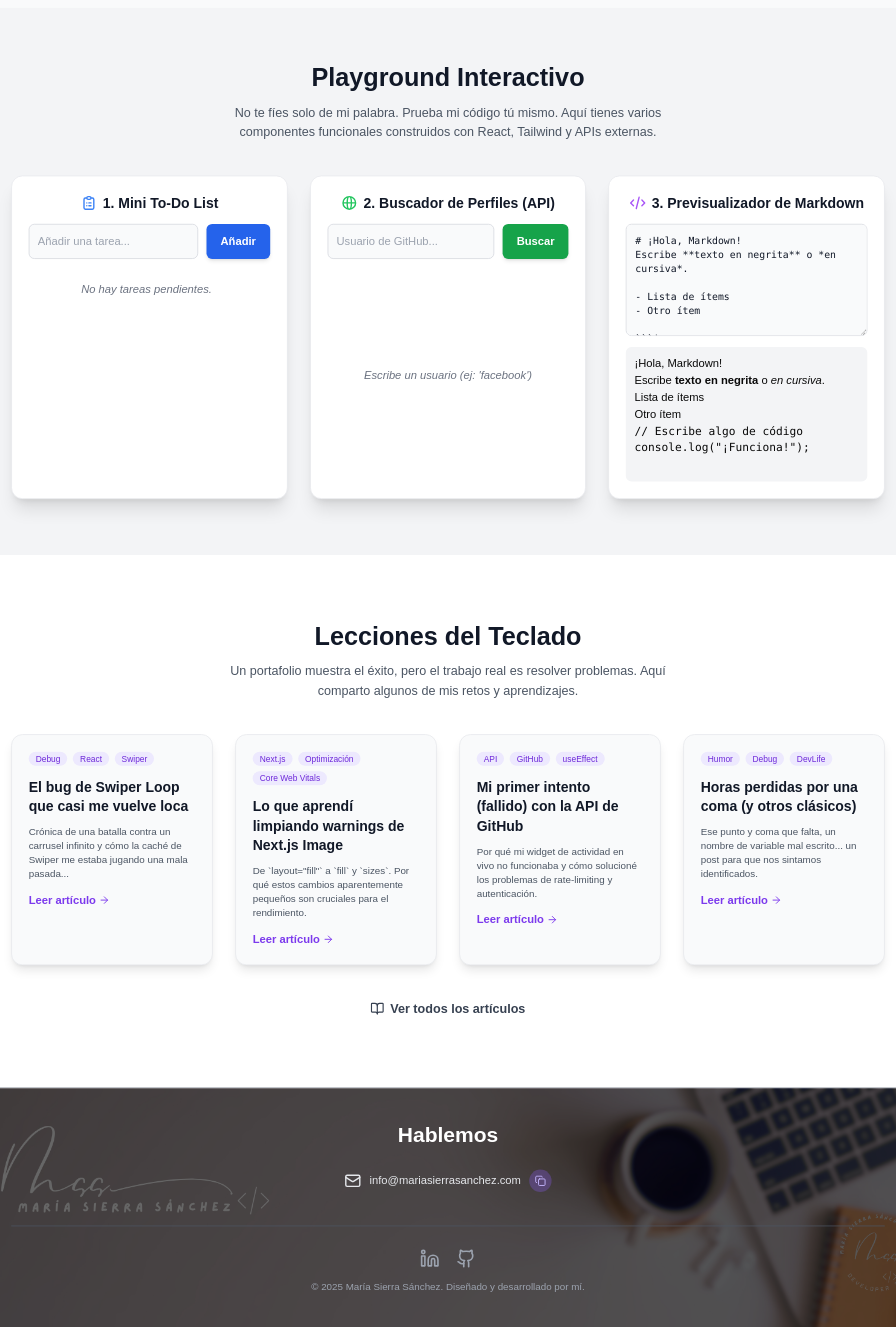
Repository: SierraMa1/SierraMa1.github.io
Page: /
The author's editor kept a copy of each file at every save. The page is drawn from the files as they stood at one save, then again after the next save.
The browser window is 1280 px wide. The pictures show the part of the page from y = 4157 to 6077 px (the page is 6053 px tall before and 6077 px after), at 70% of full size.
The page's requests for data from a server got no answer. The project was rebuilt for these pictures with package versions that can differ from the ones it lists, and the page was loaded fresh each time. The framework's server and built-in components were replaced by stand-ins that run in the browser. No one was signed in, and anything a server would have sent is missing. Also part of the build but not shown: next.config.ts.

Above is the page before, as saved 2025-11-08 13:35:07.

### src/app/layout.tsx

import "./globals.css";
import Header from "@/components/Header";
import Footer from "@/components/Footer";
import { GoogleTagManager } from '@next/third-parties/google';
import Script from 'next/script';
import ChatbotButton from "@/components/ChatbotButton";


export const metadata = {
  title: {
    template: '%s | María Sierra Sánchez',
    default: 'Consultoría Digital y Desarrollo Web a Medida',
  },
  description: 'Transformación digital real para PYMES, desde la estrategia hasta la implementación técnica con React y Node.js.',
};

export default async function RootLayout({ children }: { children: React.ReactNode })  {
  return (
    <html lang="es" className="!scroll-smooth">
      <GoogleTagManager gtmId="GTM-M757BHQP" />
      <body className="flex flex-col min-h-screen bg-white">
        <Header />
        <main className="flex-grow">
          {children}
        </main>
        <Footer />
        <ChatbotButton />
      </body>
    </html>
  );
}

### src/app/page.tsx
import Hero from '@/components/Hero';
import ProjectsSection from '@/components/ProjectsSection';
import AboutSection from '@/components/AboutSection';
import Solutions from '@/components/Solutions';
import PlaygroundSection from '@/components/PlaygroundSection';
import SkillSection from '@/components/SkillSection';
import BlogSection from '@/components/BlogSection';
import ResourceHubSection from '@/components/ResourceHubSection';
export default function Home() {
  return (
    <>
      <Hero />
      <AboutSection />
      <Solutions />
      <ResourceHubSection />
      <ProjectsSection />
      <SkillSection />
      <PlaygroundSection />
      <BlogSection />
    </>
  );
}

### src/app/globals.css
@tailwind base;
@tailwind components;
@tailwind utilities;

body {
  font-family: Arial, Helvetica, sans-serif;
}

@layer base {
  :root {
    --background: 0 0% 100%;
    --foreground: 0 0% 3.9%;
    --card: 0 0% 100%;
    --card-foreground: 0 0% 3.9%;
    --popover: 0 0% 100%;
    --popover-foreground: 0 0% 3.9%;
    --primary: 0 0% 9%;
    --primary-foreground: 0 0% 98%;
    --secondary: 0 0% 96.1%;
    --secondary-foreground: 0 0% 9%;
    --muted: 0 0% 96.1%;
    --muted-foreground: 0 0% 45.1%;
    --accent: 0 0% 96.1%;
    --accent-foreground: 0 0% 9%;
    --destructive: 0 84.2% 60.2%;
    --destructive-foreground: 0 0% 98%;
    --border: 0 0% 89.8%;
    --input: 0 0% 89.8%;
    --ring: 0 0% 3.9%;
    --chart-1: 12 76% 61%;
    --chart-2: 173 58% 39%;
    --chart-3: 197 37% 24%;
    --chart-4: 43 74% 66%;
    --chart-5: 27 87% 67%;
    --radius: 0.5rem;
  }
  .dark {
    --background: 0 0% 3.9%;
    --foreground: 0 0% 98%;
    --card: 0 0% 3.9%;
    --card-foreground: 0 0% 98%;
    --popover: 0 0% 3.9%;
    --popover-foreground: 0 0% 98%;
    --primary: 0 0% 98%;
    --primary-foreground: 0 0% 9%;
    --secondary: 0 0% 14.9%;
    --secondary-foreground: 0 0% 98%;
    --muted: 0 0% 14.9%;
    --muted-foreground: 0 0% 63.9%;
    --accent: 0 0% 14.9%;
    --accent-foreground: 0 0% 98%;
    --destructive: 0 62.8% 30.6%;
    --destructive-foreground: 0 0% 98%;
    --border: 0 0% 14.9%;
    --input: 0 0% 14.9%;
    --ring: 0 0% 83.1%;
    --chart-1: 220 70% 50%;
    --chart-2: 160 60% 45%;
    --chart-3: 30 80% 55%;
    --chart-4: 280 65% 60%;
    --chart-5: 340 75% 55%;
  }
}

@layer base {
  * {
    @apply border-border;
  }
  body {
    @apply bg-background text-foreground;
  }
}

/* Estilos personalizados para la navegación de Swiper */
.swiper-button-prev,
.swiper-button-next {
  color: #ffffff !important; /* Color de las flechas */
  opacity: 0.7;
  transition: opacity 0.3s;
}

.swiper-button-prev:hover,
.swiper-button-next:hover {
  opacity: 1;
}

.swiper-pagination-bullet {
  background: #ffffff !important; /* Color de los puntos */
  opacity: 0.6 !important;
}

.swiper-pagination-bullet-active {
  opacity: 1 !important;
}

/* --- Estilos para los botones de navegación de Swiper --- */

/* Oculta las flechas por defecto de Swiper, ya que usaremos las nuestras */
#proyectos .swiper-button-prev,
#proyectos .swiper-button-next {
  display: none;
}

### src/components/Footer.jsx
'use client'

import { useState, useEffect } from 'react';
import { Linkedin, Github, Mail, Copy, Check } from 'lucide-react';
import Image from 'next/image';

export default function Footer() {
  const [isCopied, setIsCopied] = useState(false);
  const [hasMounted, setHasMounted] = useState(false);

  const email = "info@mariasierrasanchez.com";
  const currentYear = new Date().getFullYear();

  useEffect(() => {
    setHasMounted(true);
  }, []);

  const copyToClipboard = () => {
    // Usamos document.execCommand('copy') para compatibilidad en iframes
    try {
      const ta = document.createElement('textarea');
      ta.value = email;
      ta.style.position = 'fixed'; // Evita que "salte" la pantalla
      ta.style.left = '-9999px';
      document.body.appendChild(ta);
      ta.select();
      document.execCommand('copy');
      document.body.removeChild(ta);

      setIsCopied(true);
      setTimeout(() => setIsCopied(false), 2000);
    } catch (err) {
      console.error('Error al copiar el email: ', err);
    }
  };

  return (
    <footer id="contacto" className="relative w-full border-t border-gray-700">

      {/* --- Fondo con imagen  --- */}
      <div className="absolute inset-0 z-0">
        <Image
          src="/footer-bg1.png"
          alt="Fondo del footer"
          fill // Reemplaza a layout="fill"
          className="object-cover" // Reemplaza a objectFit="cover"
          //  'quality={80}' HA SIDO ELIMINADO PARA QUITAR EL WARNING
          sizes="100vw" //  Añadido para optimización con 'fill'
        />
        {/* Capa oscura para mejorar el contraste del texto */}
        <div className="absolute inset-0 bg-black opacity-60"></div>
      </div>

      {/* --- Contenido superpuesto --- */}
      <div className="relative z-10 container mx-auto px-4 py-12 text-white">
        <h2 className="text-3xl font-bold mb-8 text-center">
          Hablemos
        </h2>

        <div className="flex flex-col md:flex-row justify-center items-center space-y-6 md:space-y-0 md:space-x-10 mb-10">
          <div className="flex items-center space-x-3 font-medium text-gray-200">
            <Mail size={24} />
            <span>{email}</span>
            {hasMounted && (
              <button
                onClick={copyToClipboard}
                className="p-2 bg-violet-500/30 text-violet-300 rounded-full hover:bg-violet-500/50 transition-colors"
                aria-label="Copiar correo electrónico"
              >
                {isCopied ? <Check size={16} /> : <Copy size={16} />}
              </button>
            )}
          </div>
        </div>

        <div className="mt-12 pt-8 border-t border-gray-600 text-center">
            <div className="flex justify-center gap-6 mb-4">
                <a href="https://www.linkedin.com/in/Mar%C3%ADaSierraS%C3%A1nchez/" target="_blank" rel="noopener noreferrer" className="text-gray-400 hover:text-white transition-colors">
                    <Linkedin size={28} />
                </a>
                <a href="https://github.com/SierraMa1" target="_blank" rel="noopener noreferrer" className="text-gray-400 hover:text-white transition-colors">
                    <Github size={28} />
                </a>
            </div>
          <p className="text-sm text-gray-400">
            &copy; {currentYear} María Sierra Sánchez. Diseñado y desarrollado por mí.
          </p>
        </div>
      </div>
    </footer>
  );
}

### src/components/ChatbotButton.jsx
// src/components/ChatbotButton.jsx
'use client'
import { useState, useEffect } from 'react';
import Script from 'next/script';
import { MessageCircle, X } from 'lucide-react';
import Head from 'next/head';

// Variables para Producción (Usadas en hostUrl para el proxy)
const BOTPRESS_IP = process.env.NEXT_PUBLIC_BOTPRESS_IP;
const BOTPRESS_ID = process.env.NEXT_PUBLIC_BOTPRESS_ID;

// Determina si estamos en desarrollo local (para usar el túnel SSH)
const isDevelopment = typeof window !== 'undefined' && window.location.hostname === 'localhost';

const botpressConfig = {
    // Usamos el túnel SSH para la conexión local. En producción, el hostUrl será HTTPS.
    hostUrl: isDevelopment ? `http://localhost:3000` : `https://electricfinder.es`,
    botId: BOTPRESS_ID || "default-bot",
    disableFloatingButton: true, // Ocultamos el botón de Botpress
    // ...
};

export default function ChatbotButton() {
  const [isOpen, setIsOpen] = useState(false);
  const [isBotReady, setIsBotReady] = useState(false);

  // Lógica de Sincronización de Carga
  useEffect(() => {
    const handleBotReady = () => { setIsBotReady(true); };
    window.addEventListener('webchat:ready', handleBotReady);
    if (typeof window !== 'undefined' && window.botpressWebChat && window.botpressWebChat.sendEvent) {
      setIsBotReady(true);
    }
    return () => { window.removeEventListener('webchat:ready', handleBotReady); };
  }, []);

  // LÓGICA PARA ABRIR/CERRAR BOTPRESS
  const toggleBotpressChat = () => {
    if (isBotReady && window.botpressWebChat) {
      if (isOpen) {
        window.botpressWebChat.sendEvent({ type: 'hide' });
      } else {
        window.botpressWebChat.sendEvent({ type: 'show' });
      }
      setIsOpen(!isOpen);
    } else {
      console.error("Botpress no está listo para recibir comandos.");
    }
  };

  return (
    <>
    <Head>
        {/* Usamos Head y script estándar para inyectar la variable ANTES de la hidratación */}
        <script
          dangerouslySetInnerHTML={{
            __html: `window.botpressWebChat = ${JSON.stringify(botpressConfig)};`,
          }}
        />
      </Head>
      {/* 1. SCRIPTS DE INYECCIÓN (Solo se cargan si no hay error de red) */}
      <Script id="bp-config" strategy="beforeInteractive">
        {`window.botpressWebChat = ${JSON.stringify(botpressConfig)};`}
      </Script>
      <Script
        // CLAVE: Usamos localhost:3000 con HTTP, que el túnel SSH redirige
        src={isDevelopment
             ? `http://217.154.181.135:3000/assets/modules/channel-web/inject.js`
             : `http://217.154.181.135:3000//assets/modules/channel-web/inject.js`}
        strategy="afterInteractive"
      />
      <Script
        src={isDevelopment ? `http://217.154.181.135:3000/assets/modules/channel-web/inject.js` : `http://217.154.181.135:3000/assets/modules/channel-web/inject.js`}
        strategy="afterInteractive"
      />

      {/* 2. TU BOTÓN DE DISEÑO PERSONALIZADO */}
      <button
        onClick={toggleBotpressChat} // Llama a la función que abre Botpress
        disabled={!isBotReady && !isDevelopment} // Deshabilitar solo si no está listo
        className="fixed bottom-6 right-6 z-50 flex h-14 w-14 items-center justify-center rounded-full bg-violet-600 text-white shadow-lg transition-transform hover:scale-110"
        aria-label={isOpen ? "Cerrar chat" : "Abrir chat"}
      >
        {isOpen ? <X size={28} /> : <MessageCircle size={28} />}
      </button>
    </>
  );
}

### src/components/ProjectsSection.tsx
'use client'

import { useState } from 'react';
// Ya no necesitamos la importación de SwiperClass, la hemos quitado.
import { Swiper, SwiperSlide } from 'swiper/react';
import { EffectCoverflow } from 'swiper/modules';
import { projectsData } from '@/data/projects';
import Link from 'next/link';
import ProjectCarouselCard from './ProjectCarouselCard';
import { ArrowLeft, ArrowRight } from 'lucide-react';

import 'swiper/css';
//import 'swiper/css/navigation';
import 'swiper/css/effect-coverflow';

export default function ProjectsSection() {
  // Usamos 'any' para evitar el error de tipos de Swiper
  const [swiperInstance, setSwiperInstance] = useState<any>(null);

  // CREAMOS FUNCIONES PARA CONTROLAR EL CARRUSEL MANUALMENTE
  const handlePrev = () => {
    if (swiperInstance) swiperInstance.slidePrev();
  };

  const handleNext = () => {
    if (swiperInstance) swiperInstance.slideNext();
  };

  return (
    <section id="proyectos" className="w-full bg-gray-50 py-20 lg:py-24 overflow-hidden">
      <div className="container mx-auto px-4">

        <div className="flex flex-col lg:flex-row lg:gap-16">

          <div className="lg:w-1/3 mb-12 lg:mb-0 flex-shrink-0">
            <h2 className="text-4xl font-bold text-gray-900 mb-4">
              Mis Proyectos
            </h2>
            <p className="text-lg text-gray-600 mb-6 leading-relaxed">
              Como desarrolladora web y experta en transformación digital, mi objetivo es diseñar e implementar soluciones tecnológicas que resuelvan problemas de negocio complejos y mejoren la eficiencia.
            </p>
            <Link
              href="/#contacto"
              className="inline-block rounded-md bg-violet-600 px-6 py-3 text-base font-medium text-white shadow-sm transition-colors hover:bg-violet-700"
            >
              Contacta conmigo
            </Link>
          </div>

          <div className="lg:w-2/3">
            <Swiper
              // Añadimos el tipo 'any' al argumento
              onSwiper={(swiper: any) => setSwiperInstance(swiper)}
              modules={[EffectCoverflow]}
              effect={'coverflow'}
              centeredSlides={true}
              loop={false} // Mantenemos esto en 'false'
              slidesPerView={'auto'}
              coverflowEffect={{
                rotate: 50,
                stretch: 0,
                depth: 100,
                modifier: 1,
                slideShadows: true,
              }}
              className="!overflow-visible"
            >
              {projectsData.map((project) => (
                <SwiperSlide key={project.id} className="!w-64 md:!w-72">
                  <ProjectCarouselCard project={project} />
                </SwiperSlide>
              ))}
            </Swiper>

            {/* AÑADIMOS onClick A LOS BOTONES PARA LLAMAR A NUESTRAS FUNCIONES */}
            <div className="mt-8 flex justify-center gap-4">
              <button onClick={handlePrev} className="flex h-12 w-12 items-center justify-center rounded-full border border-gray-300 bg-white text-gray-700 transition hover:bg-gray-100">
                <ArrowLeft size={24} />
              </button>
              <button onClick={handleNext} className="flex h-12 w-12 items-center justify-center rounded-full border border-gray-300 bg-white text-gray-700 transition hover:bg-gray-100">
                <ArrowRight size={24} />
              </button>
            </div>
          </div>

        </div>
      </div>
    </section>
  );
}

### src/components/Solutions.tsx

import React from 'react';

// Pequeños componentes para los iconos para mantener el código principal limpio
const StrategyIcon = () => (
  <svg xmlns="http://www.w3.org/2000/svg" className="h-10 w-10" fill="none" viewBox="0 0 24 24" stroke="currentColor" strokeWidth={2}>
    <path strokeLinecap="round" strokeLinejoin="round" d="M13 10V3L4 14h7v7l9-11h-7z" />
  </svg>
);

const BusinessIcon = () => (
  <svg xmlns="http://www.w3.org/2000/svg" className="h-10 w-10" fill="none" viewBox="0 0 24 24" stroke="currentColor" strokeWidth={2}>
    <path strokeLinecap="round" strokeLinejoin="round" d="M19 21V5a2 2 0 00-2-2H7a2 2 0 00-2 2v16m14 0h2m-2 0h-5m-9 0H3m2 0h5M9 7h1m-1 4h1m-1 4h1m6-4h1m-1 4h1m-1-4h1m-1-4h1" />
  </svg>
);

const CodeIcon = () => (
  <svg xmlns="http://www.w3.org/2000/svg" className="h-10 w-10" fill="none" viewBox="0 0 24 24" stroke="currentColor" strokeWidth={2}>
    <path strokeLinecap="round" strokeLinejoin="round" d="M10 20l4-16m4 4l4 4-4 4M6 16l-4-4 4-4" />
  </svg>
);


// Defino los datos de las tarjetas de servicios
const services = [
  {
    icon: <StrategyIcon />,
    title: "Consultoría de Transformación Digital",
    description: "Analizo a fondo tus procesos, cultura y tecnología para diseñar una hoja de ruta estratégica y viable. Ayudo a equipos directivos a tomar decisiones informadas para optimizar y hacer crecer el negocio."
  },
  {
    icon: <BusinessIcon />,
    title: "Digitalización Integral para PYMES",
    description: "Voy más allá de una simple web. Digitalizo flujos de trabajo completos, implemento herramientas de gestión a medida y capacito a tu equipo para asegurar una transición tecnológica exitosa y sin fricciones."
  },
  {
    icon: <CodeIcon />,
    title: "Desarrollo de Producto Digital",
    description: "Materializo ideas en productos funcionales. Construyo aplicaciones web, plataformas y MVPs utilizando tecnologías modernas como React y Node.js, con un enfoque 100% centrado en el usuario."
  }
];

// El componente principal
const Solutions = () => {
  return (
    <section id="solutions" className="py-20 bg-gray-50 sm:py-24">
      <div className="mx-auto max-w-7xl px-6 lg:px-8">
        {/* Cabecera de la sección */}
        <div className="mx-auto max-w-2xl text-center">
          <p className="text-base font-semibold leading-7 text-blue-600">Mis Servicios</p>
          <h2 className="mt-2 text-4xl font-bold tracking-tight text-gray-900 sm:text-5xl">
            Conectando Estrategia y Tecnología
          </h2>
          <p className="mt-6 text-lg leading-8 text-gray-600">
            Mi doble visión como estratega y desarrolladora me permite ofrecer soluciones integrales que generan un impacto real.
          </p>
        </div>

        {/* Grid con las tarjetas de servicio */}
        <div className="mx-auto mt-16 max-w-2xl sm:mt-20 lg:mt-24 lg:max-w-none">
          <dl className="grid max-w-xl grid-cols-1 gap-x-8 gap-y-16 lg:max-w-none lg:grid-cols-3">
            {services.map((service) => (
              <div key={service.title} className="flex flex-col p-8 bg-white rounded-2xl shadow-lg hover:shadow-2xl transition-shadow duration-300">
                <dt className="flex items-center gap-x-3 text-base font-semibold leading-7 text-gray-900">
                  <div className="flex-none rounded-lg bg-blue-600 p-3 text-white">
                    {service.icon}
                  </div>
                  {service.title}
                </dt>
                <dd className="mt-4 flex flex-auto flex-col text-base leading-7 text-gray-600">
                  <p className="flex-auto">{service.description}</p>
                </dd>
              </div>
            ))}
          </dl>
        </div>
      </div>
    </section>
  );
};

export default Solutions;

### src/components/ResourceHubSection.tsx
import React from 'react';
import Link from 'next/link';

const ResourceHubSection: React.FC = () => {
  const resources = [
    {
      title: "Clínicas Dentales",
      subtitle: "Deja de perder tiempo en gestión manual. Encuentra tu Roadmap de automatización.",
      link: "/recursos/clinicas",
      bgColor: "bg-blue-100",
      textColor: "text-blue-800"
    },
    {
      title: "Agricultura PYME",
      subtitle: "Ahorra recursos. Convierte las imposiciones tecnológicas en eficiencia real.",
      link: "/recursos/agricultura",
      bgColor: "bg-green-100",
      textColor: "text-green-800"
    },
    {
      title: "Empresas Tecnológicas",
      subtitle: "Identifica y elimina la Deuda Técnica que frena tu Time-to-Market.",
      link: "/recursos/tech",
      bgColor: "bg-purple-100",
      textColor: "text-purple-800"
    },
    {
      title: "Otros Sectores & Proyectos Especiales",
      subtitle: "Consultoría de transformación digital para desafíos complejos, más allá de los nichos definidos.",      link: "/recursos/general",
      bgColor: "bg-yellow-100",
      textColor: "text-yellow-800"
    },
  ];

  return (
    <section id="recursos" className="py-16 bg-gray-50">
      <div className="container mx-auto px-4">
        <h2 className="text-4xl font-extrabold text-center text-gray-900 mb-4">
           Encuentra tu Roadmap
        </h2>
        <p className="text-xl text-center text-gray-600 mb-12">
          Mi visión dual (negocio y tecnología) se aplica a tu sector.
        </p>

        <div className="grid grid-cols-1 md:grid-cols-2 lg:grid-cols-4 gap-8">
          {resources.map((resource, index) => (
            <Link key={index} href={resource.link} className={`block p-6 rounded-xl shadow-lg hover:shadow-2xl transition duration-300 ${resource.bgColor}`}>
                <h3 className={`text-2xl font-bold mb-2 ${resource.textColor}`}>
                  {resource.title}
                </h3>
                <p className="text-gray-700 mb-4">{resource.subtitle}</p>
                <span className="text-sm font-semibold underline">
                  Ver Checklist y Auditoría Gratuita →
                </span>
            </Link>
          ))}
        </div>
      </div>
    </section>
  );
};

export default ResourceHubSection;

### src/components/ProjectCarouselCard.tsx
import Image from 'next/image';
import Link from 'next/link';
import { ArrowRight } from 'lucide-react';

// DEFINO EL TIPO 'PROJECT' (BUENA PRÁCTICA)
// Asegúrate de que este tipo coincida con tu 'projectsData'
interface Project {
  id: number | string;
  image: string;
  title: string;
  description: string;
}

// APLICO EL TIPO A LAS PROPS
export default function ProjectCarouselCard({ project }: { project: Project }) {
  return (
    <Link
      href={`/projects/${project.id}`}
      className="group relative block h-96 w-full overflow-hidden rounded-lg"
    >
      {/* Imagen de fondo */}
      <Image
        src={project.image}
        alt={`Imagen del proyecto ${project.title}`}
        fill
        // Añado la propiedad 'sizes'
        // Esto le dice a Next.js:
        // - En pantallas de hasta 767px, la imagen ocupa 256px de ancho.
        // - En pantallas de 768px o más, ocupa 288px de ancho.
        // (Esto coincide con los anchos de tu SwiperSlide: !w-64 md:!w-72)
        sizes="(max-width: 767px) 256px, 288px"
        className="object-cover transition-transform duration-300 group-hover:scale-105"
      />

      {/* Capa oscura para legibilidad */}
      <div className="absolute inset-0 bg-gradient-to-t from-black/70 via-black/40 to-transparent"></div>

      {/* Contenido de texto */}
      <div className="absolute bottom-0 left-0 p-6 text-white">
        <h3 className="mb-2 text-2xl font-bold">
          {project.title}
        </h3>
        <p className="mb-4 text-sm opacity-90">
          {project.description}
        </p>
        <div className="inline-flex items-center font-semibold text-white transition-transform group-hover:translate-x-1">
          Saber más
          <ArrowRight size={16} className="ml-1" />
        </div>
      </div>
    </Link>
  );
}

Loaded but not shown: src/lib/utils.ts (common file); tailwind.config.ts (common file); src/data/projects.js (110 lines, source omitted); src/components/PlaygroundSection.tsx (251 lines, source omitted); src/components/AboutSection.tsx (155 lines, source omitted); src/components/Header.tsx (153 lines, source omitted); src/components/SkillSection.tsx (127 lines, source omitted); src/components/Hero.jsx (96 lines, source omitted); src/components/BlogSection.tsx (90 lines, source omitted)

After the next save:
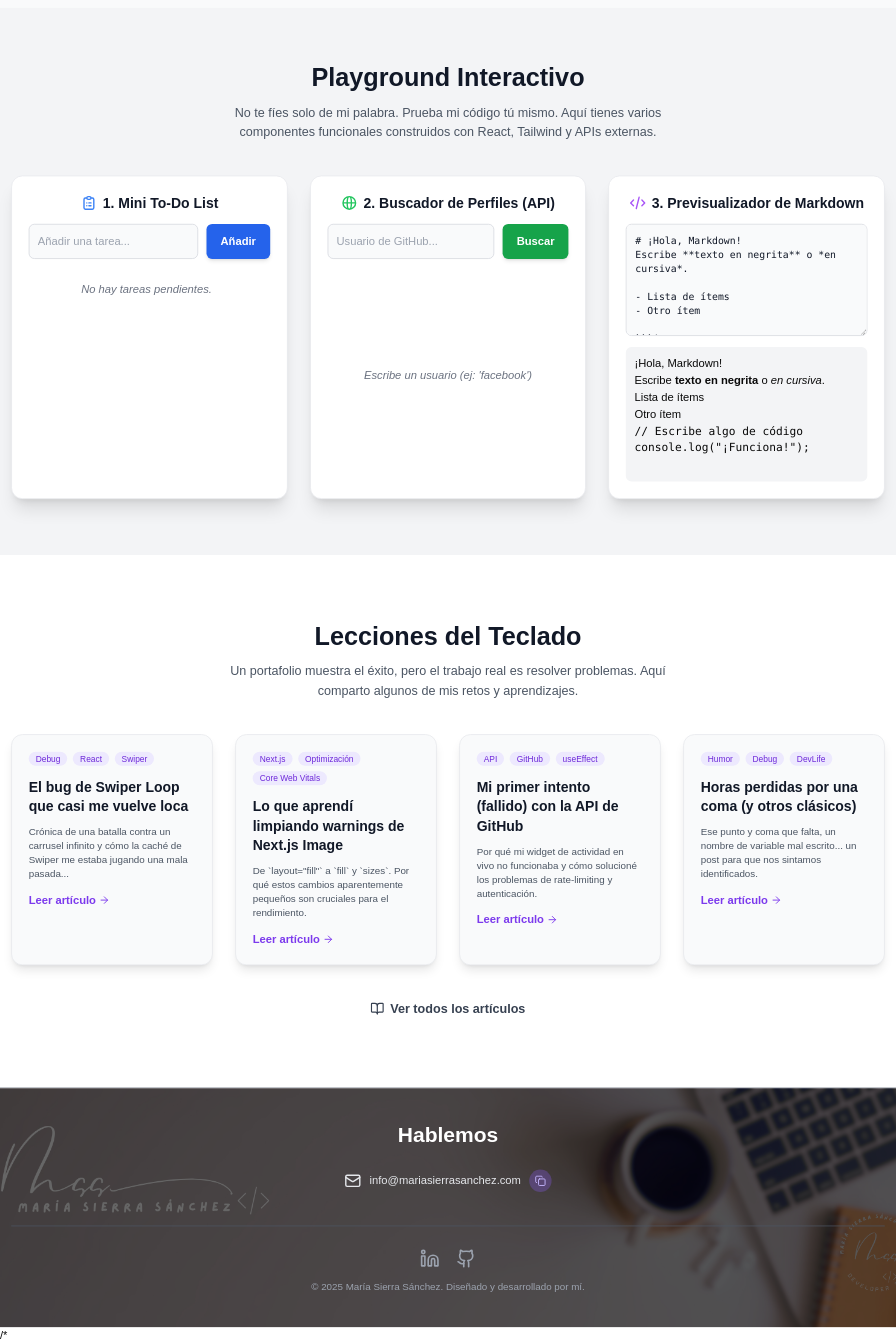
Saved 24 min 12 s later.
--- a/src/components/ChatbotButton.jsx
+++ b/src/components/ChatbotButton.jsx
@@ -59,7 +59,7 @@ export default function ChatbotButton() {
         />
       </Head>
       {/* 1. SCRIPTS DE INYECCIÓN (Solo se cargan si no hay error de red) */}
-      <Script id="bp-config" strategy="beforeInteractive">
+     /* <Script id="bp-config" strategy="beforeInteractive">
         {`window.botpressWebChat = ${JSON.stringify(botpressConfig)};`}
       </Script>
       <Script
